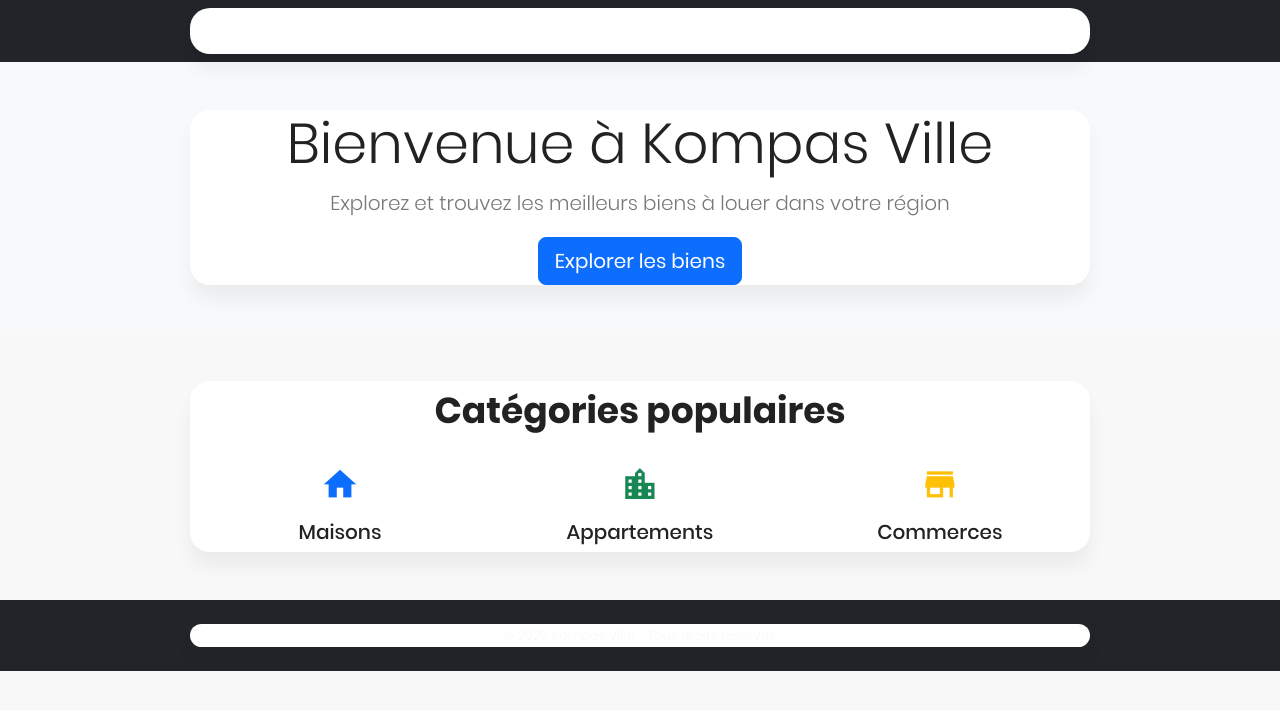
Repository: SaharGab/LocationsMaisons-JavaEE-VelvetEscape
Page: http://localhost/LocationMaisons/pages/index.jsp
The author's editor kept a copy of each file at every save. The page is drawn from the files as they stood at one save, then again after the next save.
The browser window is 1280 px wide. The pictures show the whole page.
The page is served by Tomcat 10.

Above is the page before, as saved 2025-04-23 19:37:31.

After the next save:
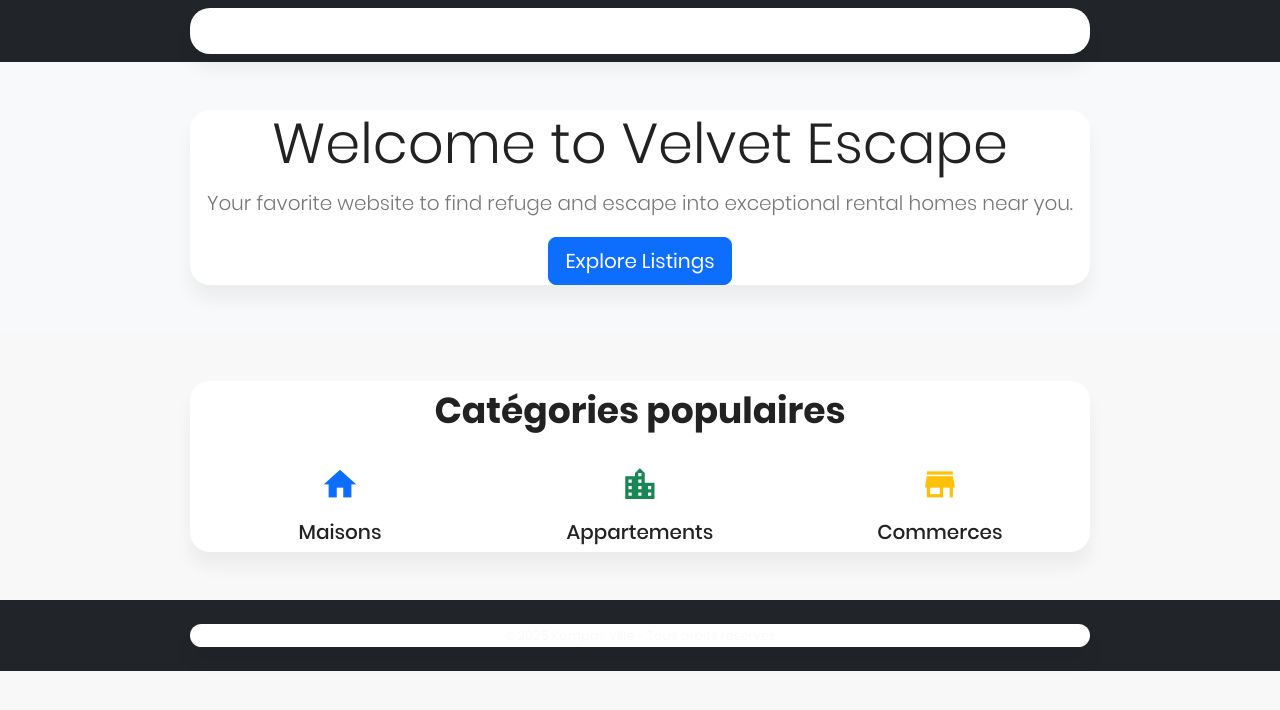
Saved 10 min 3 s later.
--- a/LocationMaisons/src/main/webapp/pages/index.jsp
+++ b/LocationMaisons/src/main/webapp/pages/index.jsp
@@ -3,7 +3,7 @@
 <html lang="fr">
 <head>
     <meta charset="UTF-8">
-    <title>Accueil - Kompas Ville</title>
+    <title>Accueil - Velvet Escape</title>
     <meta name="viewport" content="width=device-width, initial-scale=1">
 
     <!-- Bootstrap -->
@@ -18,7 +18,7 @@
 <!-- Navbar -->
 <nav class="navbar navbar-expand-lg navbar-dark bg-dark">
     <div class="container">
-        <a class="navbar-brand" href="index.jsp">Kompas Ville</a>
+        <a class="navbar-brand" href="index.jsp">Velvet Escape</a>
         <button class="navbar-toggler" type="button" data-bs-toggle="collapse" data-bs-target="#navbarNav">
             <span class="navbar-toggler-icon"></span>
         </button>
@@ -34,9 +34,10 @@
 <!-- Hero -->
 <header class="bg-light text-center py-5">
     <div class="container">
-        <h1 class="display-4">Bienvenue à Kompas Ville</h1>
-        <p class="lead">Explorez et trouvez les meilleurs biens à louer dans votre région</p>
-        <a href="explore.jsp" class="btn btn-primary btn-lg mt-3">Explorer les biens</a>
+        <h1 class="display-4">Welcome to Velvet Escape</h1>
+<p class="lead">Your favorite website to find refuge and escape into exceptional rental homes near you.</p>
+<a href="explore.jsp" class="btn btn-primary btn-lg mt-3">Explore Listings</a>
+
     </div>
 </header>
 
